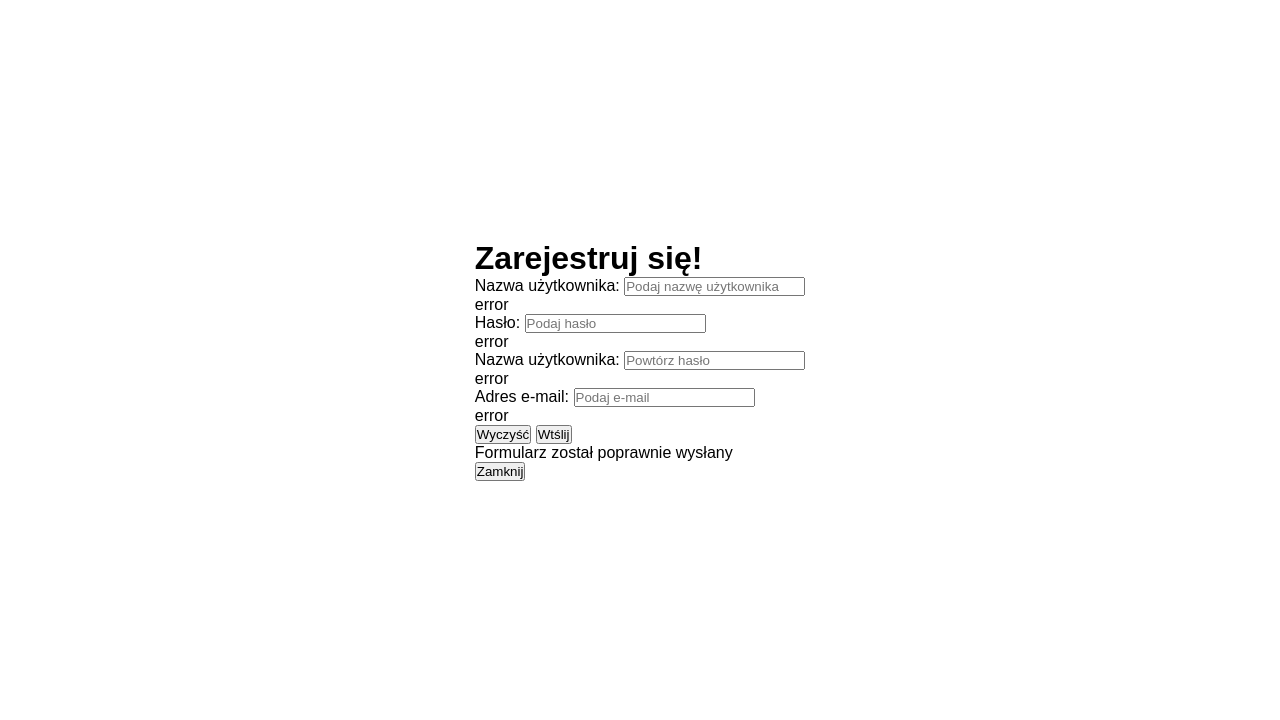
Repository: KrzysKolo/Projekt-3_Formularz-rejestracyjny
Page: index.html
The author's editor kept a copy of each file at every save. The page is drawn from the files as they stood at one save, then again after the next save.
The browser window is 1280 px wide. The pictures show the whole page.
Some web fonts or font styles are not loaded; a fallback is used.

Above is the page before, as saved 2020-07-04 01:59:00.

After the next save:
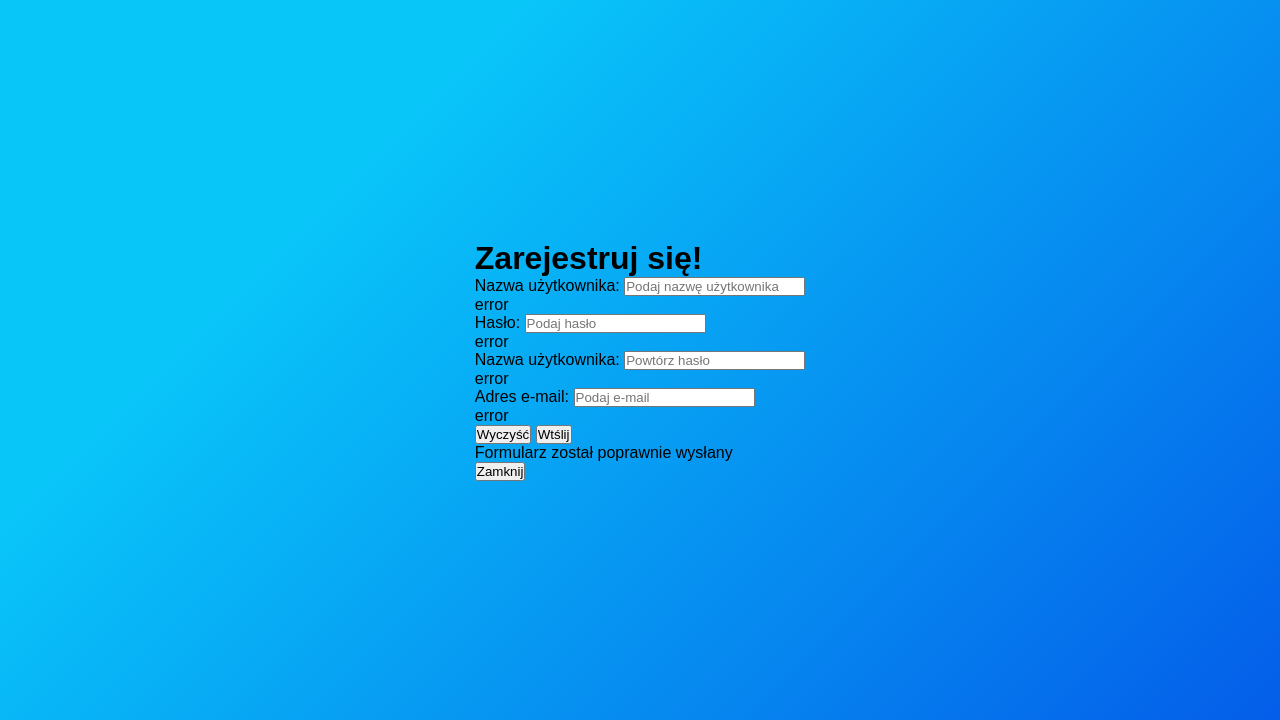
Saved 16 s later.
--- a/css/style.css
+++ b/css/style.css
@@ -9,5 +9,5 @@ body {
   align-items: center;
   min-height: 100vh;
   font-family: "Aldrich", sans-serif;
-  background-image: linear-gradient(315deg, #45de9 0%, #09c6f9 74%);
+  background-image: linear-gradient(315deg, #045de9 0%, #09c6f9 74%);
 }
